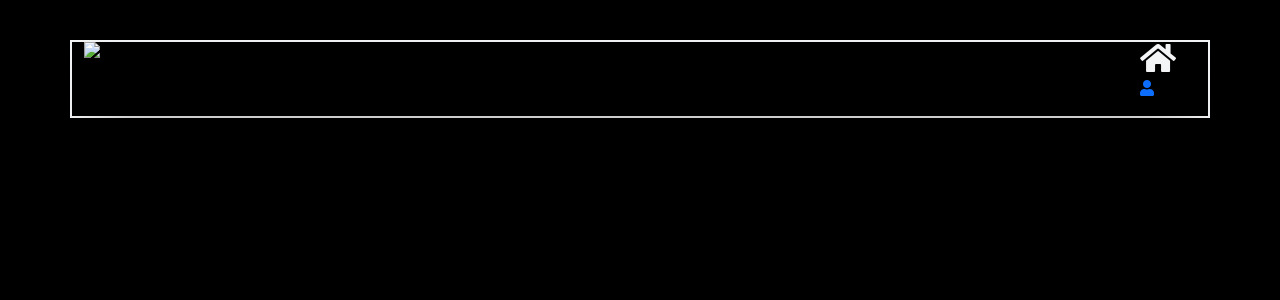
Repository: latenightsnacc/urban-pancake
Page: index.html
An editor plug-in stored every save of this project. The page is shown before and after the next save, followed by the edit.
The browser window is 1280 px wide. The pictures show the whole page.
Some web libraries are served in a nearby version.

Above is the page before, as saved 2021-04-30 10:37:10.

After the next save:
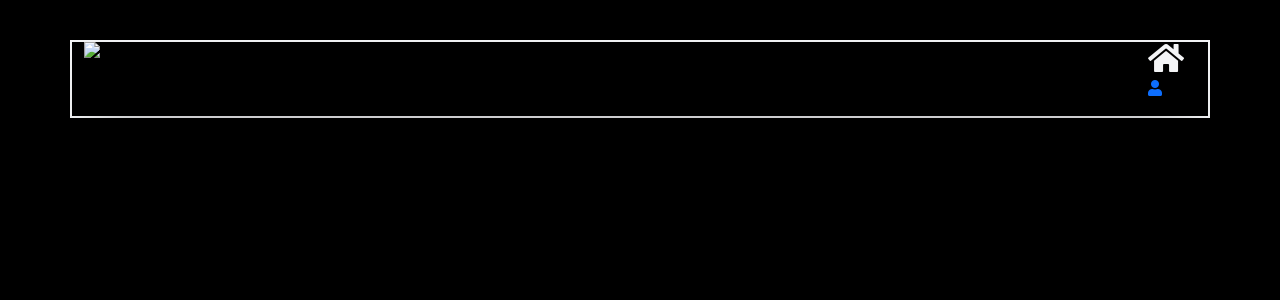
Saved 22 s later.
--- a/index.html
+++ b/index.html
@@ -27,7 +27,7 @@
                 </a>
 
                 <ul>
-                    <li class="mr-5">
+                    <li class="mr-3">
                         <a href="index.html" class="text-gray-100">
                             <i class="fas fa-home fa-2x"></i>
                         </a>
